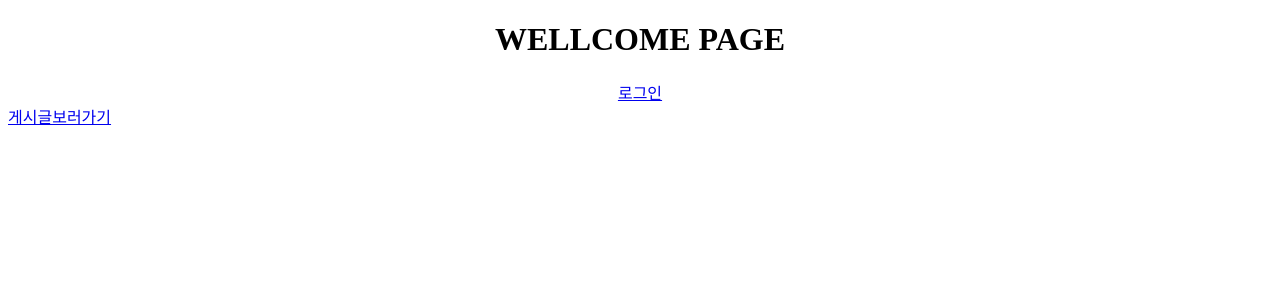
Repository: tae10/app-board-solo
Page: http://localhost/app-board/index
An editor plug-in stored every save of this project. The page is shown before and after the next save, followed by the edit.
The browser window is 1280 px wide. The pictures show the whole page.
The page is served by Tomcat 9. Other server files are loaded and not shown.

Above is the page before, as saved 2023-04-09 16:33:41.

### app-board/src/main/webapp/WEB-INF/views/index.jsp
<%@ page language="java" contentType="text/html; charset=EUC-KR"
	pageEncoding="EUC-KR"%>
<%@ taglib prefix="c" uri="http://java.sun.com/jsp/jstl/core"%>
<!DOCTYPE html>
<html>
<head>
<meta charset="EUC-KR">
<title>welcome page</title>
</head>
<body>
	<h1 style="text-align: center;">WELLCOME PAGE</h1>

	<div style="text-align: center;">
		<c:choose>
			<c:when test="${sessionScope.logon }">
				<a href="/logout">로그아웃</a>
			</c:when>
			<c:otherwise>
				<a href="/login">로그인</a>
			</c:otherwise>
		</c:choose>
	</div>

	<div>
	 <a href="/board">게시글보러가기</a>
	</div>

</body>
</html>

### app-board/src/main/java/controller/IndexController.java
package controller;

import java.io.IOException;

import javax.servlet.ServletException;
import javax.servlet.annotation.WebServlet;
import javax.servlet.http.HttpServlet;
import javax.servlet.http.HttpServletRequest;
import javax.servlet.http.HttpServletResponse;

@WebServlet("/index")
public class IndexController extends HttpServlet{


	@Override
	protected void service(HttpServletRequest req, HttpServletResponse resp) throws ServletException, IOException {



		req.getRequestDispatcher("/WEB-INF/views/index.jsp").forward(req, resp);

	}

}

After the next save:
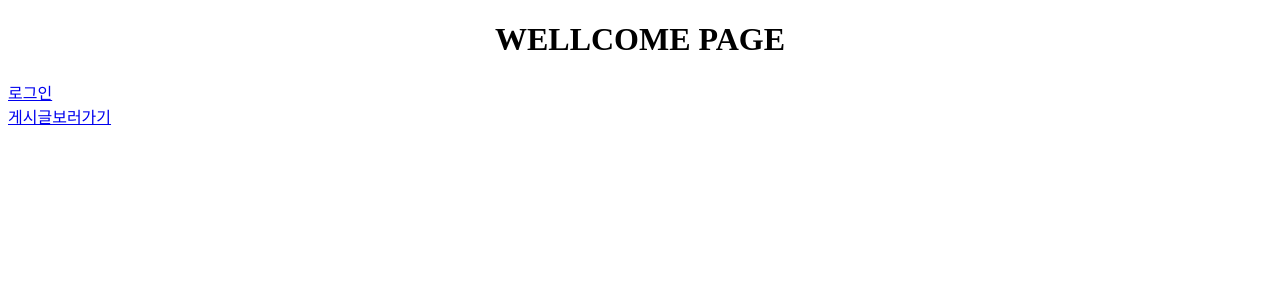
Saved 11 s later.
--- a/app-board/src/main/webapp/WEB-INF/views/index.jsp
+++ b/app-board/src/main/webapp/WEB-INF/views/index.jsp
@@ -10,7 +10,7 @@
 <body>
 	<h1 style="text-align: center;">WELLCOME PAGE</h1>
 
-	<div style="text-align: center;">
+	<div>
 		<c:choose>
 			<c:when test="${sessionScope.logon }">
 				<a href="/logout">로그아웃</a>
